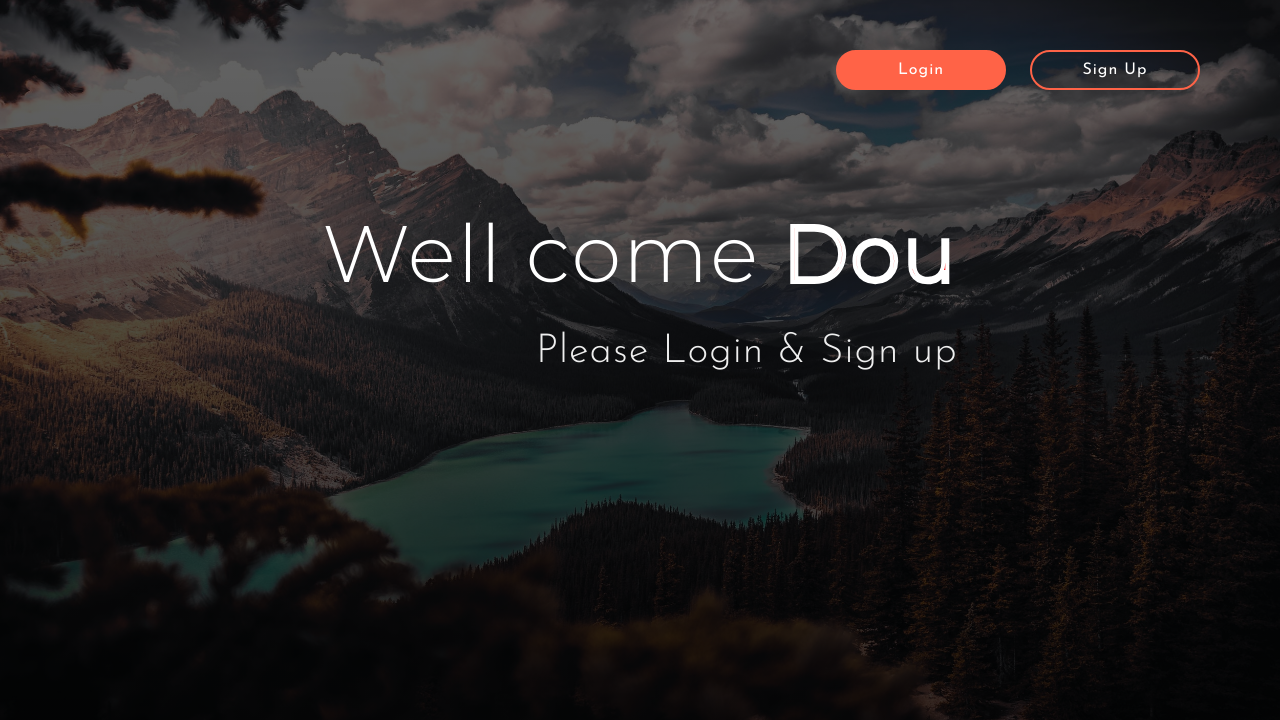
Repository: motamedipour2022/javascript_project
Page: model_form1/index.html
The author's editor kept a copy of each file at every save. The page is drawn from the files as they stood at one save, then again after a run of saves.
The browser window is 1280 px wide. The pictures show the whole page.
Some web libraries are served in a nearby version.

Above is the page before, as saved 2022-12-20 12:27:47.

After the next 2 saves:
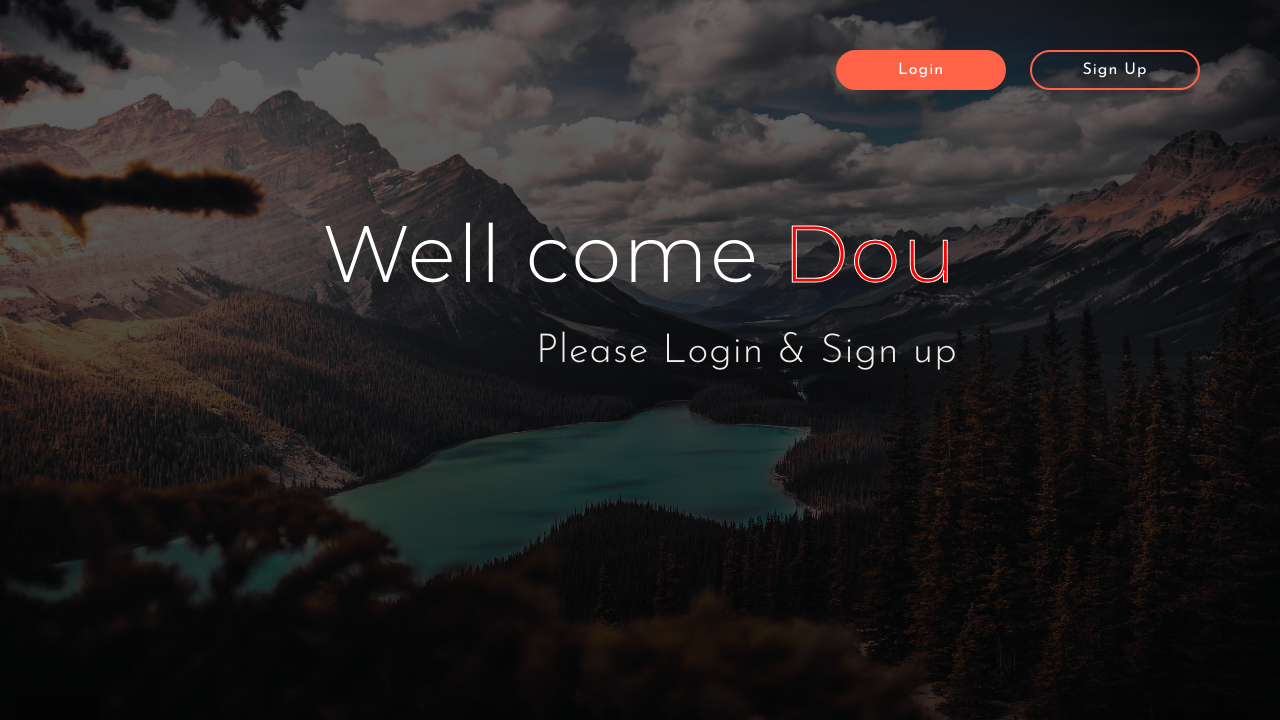
The 2 saves are shown as one change because they came seconds apart.
The last was saved 5 s later.
--- a/model_form1/style.css
+++ b/model_form1/style.css
@@ -28,7 +28,7 @@
 }
 .banner-text h1 span{
   color: red;
-  -webkit-text-stroke: 4px white;
+  -webkit-text-stroke: 1px white;
 }
 .banner-text p {
   color: #eee;
